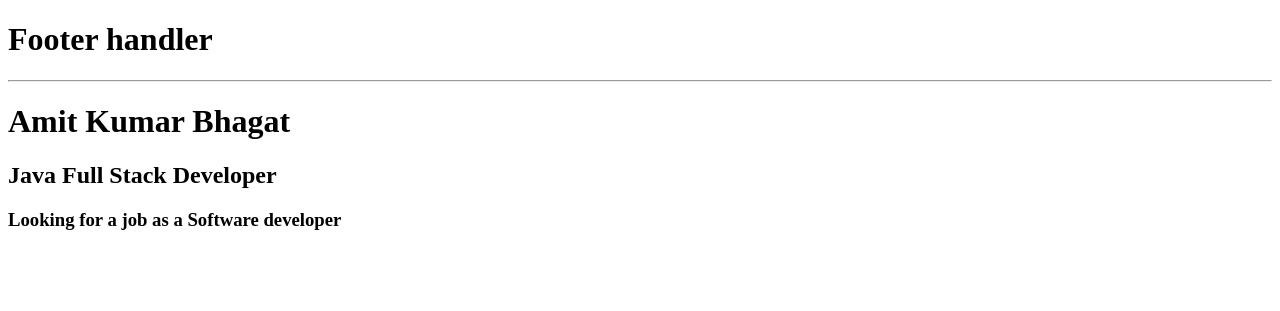
Repository: AmitKumarBhagat1/Spring-SpringBoot
Page: http://localhost/service
These files come from the project's save history. The page is drawn as it stood at one moment and after the next save; the edit follows.
The browser window is 1280 px wide. The pictures show the whole page.
The page is this project's Thymeleaf template; nobody is signed in. The template is opened directly, without the code that normally fills it, so the values that code supplies are empty.

Above is the page before, as saved 2024-07-01 18:16:53.

### thymeleaf/src/main/resources/templates/service.html
<!doctype html>
<html lang="en" xmlns:th="http://www.thymeleaf.org">
<head>
	<meta charset="UTF-8" />
	<title>footer</title>
</head>
<body>
	<h1>Footer handler</h1>
	<!-- adding footer using footer fragment -->
	<footer id="hostTag" th:insert="footer::footer1"></footer>
</body>
</html>

### thymeleaf/src/main/resources/templates/footer.html
<!DOCTYPE html>
<html lang="en" xmlns:th="http://www.thymeleaf.org">
<head>
<meta charset="UTF-8">
<title>Footer template</title>
</head>
<body>
	<footer id="fragmentTag" th:fragment="footer1">
	<div class="container">
		<hr><h1>Amit Kumar Bhagat</h1>
		<h2>Java Full Stack Developer</h2>
		<h3>Looking for a job as a Software developer</h3>
	</div>

	</footer>
</body>
</html>

After the next save:
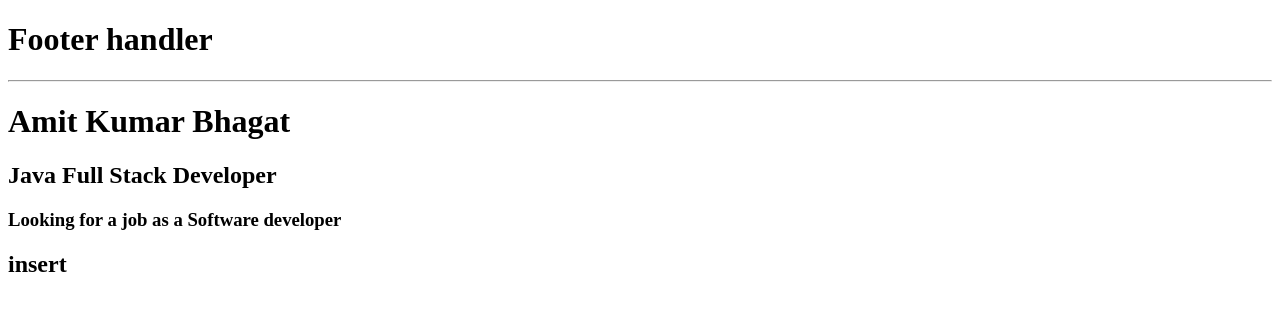
Saved 59 s later.
--- a/thymeleaf/src/main/resources/templates/service.html
+++ b/thymeleaf/src/main/resources/templates/service.html
@@ -8,5 +8,6 @@
 	<h1>Footer handler</h1>
 	<!-- adding footer using footer fragment -->
 	<footer id="hostTag" th:insert="footer::footer1"></footer>
+	<h2>insert</h2>
 </body>
 </html>
